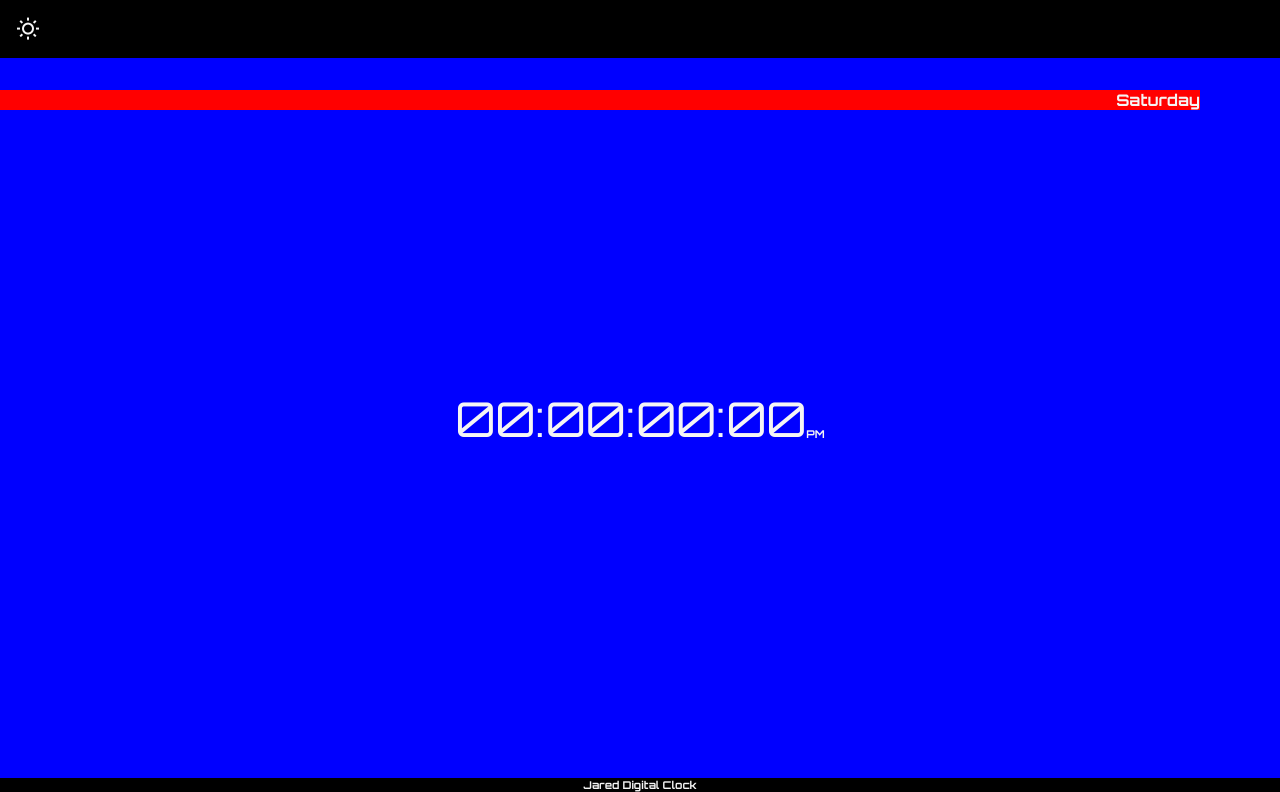
Repository: EguJaredoBoyd/Jared-Digital-Clock
Page: index.html
These files come from the project's save history. The page is drawn as it stood at one moment and after the next save; the edit follows.
The browser window is 1280 px wide. The pictures show the whole page.
Some web libraries are served in a nearby version.

Above is the page before, as saved 2026-01-04 22:20:14.

After the next save:
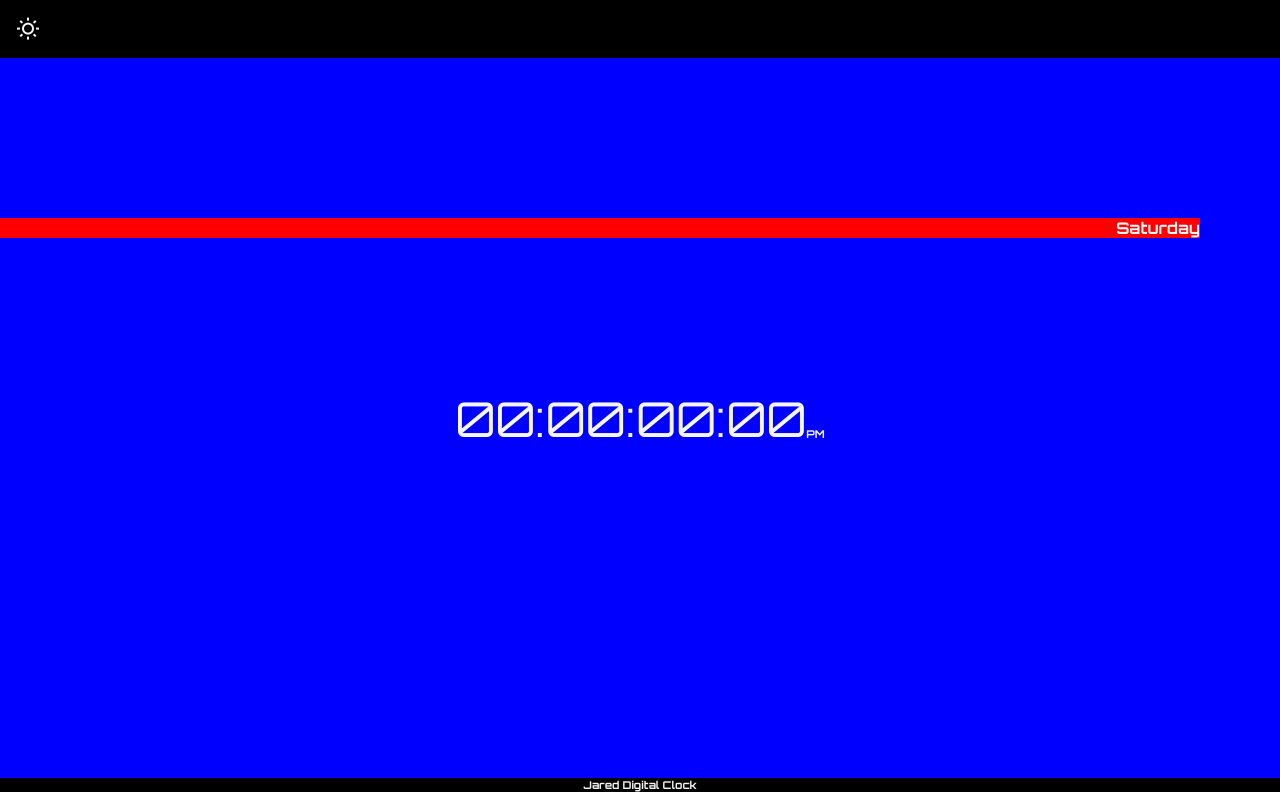
Saved 16 s later.
--- a/css/styles.css
+++ b/css/styles.css
@@ -76,7 +76,7 @@ header button i {
   justify-content: end;
   position: absolute;
   right: 5rem;
-  top: 2rem;
+  top: 10rem;
   background-color: red;
 }
 
